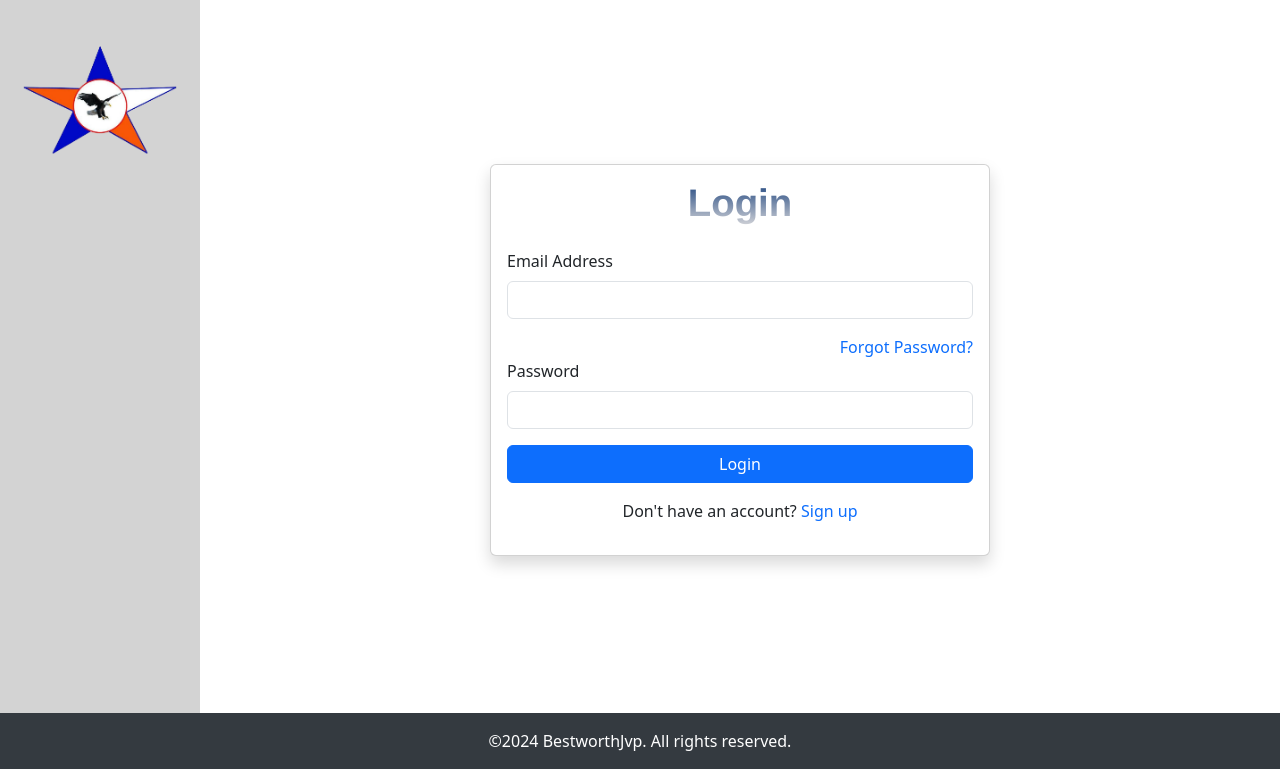
Repository: OVictor21/inventory
Page: /Login
An editor plug-in stored every save of this project. The page is shown before and after the next save, followed by the edit.
The browser window is 1280 px wide. The pictures show the whole page.
The project was rebuilt for these pictures with package versions that can differ from the ones it lists, and the page was loaded fresh each time. Also part of the build but not shown: src/components/signup.jsx, src/components/reset1.jsx, src/components/reset2.jsx.

Above is the page before, as saved 2024-12-15 15:20:23.

After the next save:
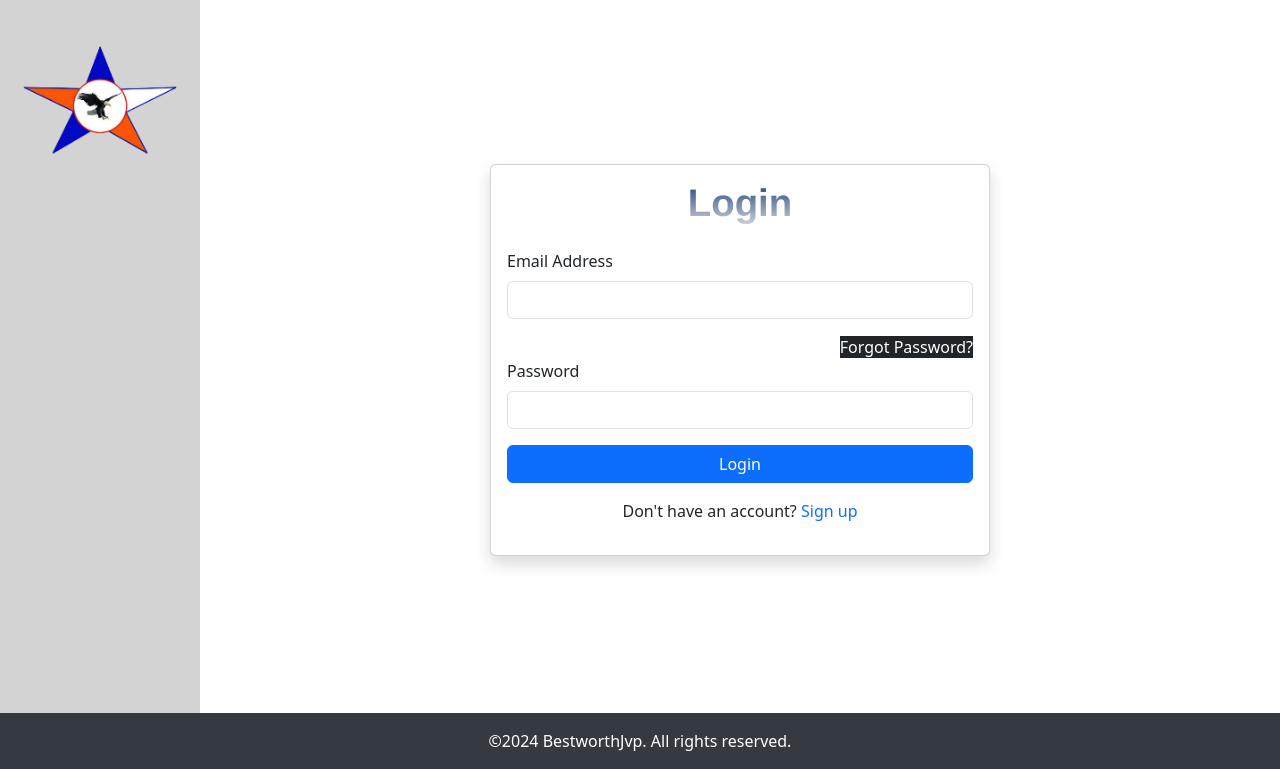
Saved 4 s later.
--- a/src/components/login.jsx
+++ b/src/components/login.jsx
@@ -24,7 +24,7 @@
               <input type="email" className="form-control" id="email" required />
             </div>
             <div className="mt-3 text-end">
-          <a href="/forgot-password" className="text-decoration-none te">
+          <a href="/forgot-password" className="text-decoration-none text-bg-dark">
       Forgot Password?
     </a>
   </div>
